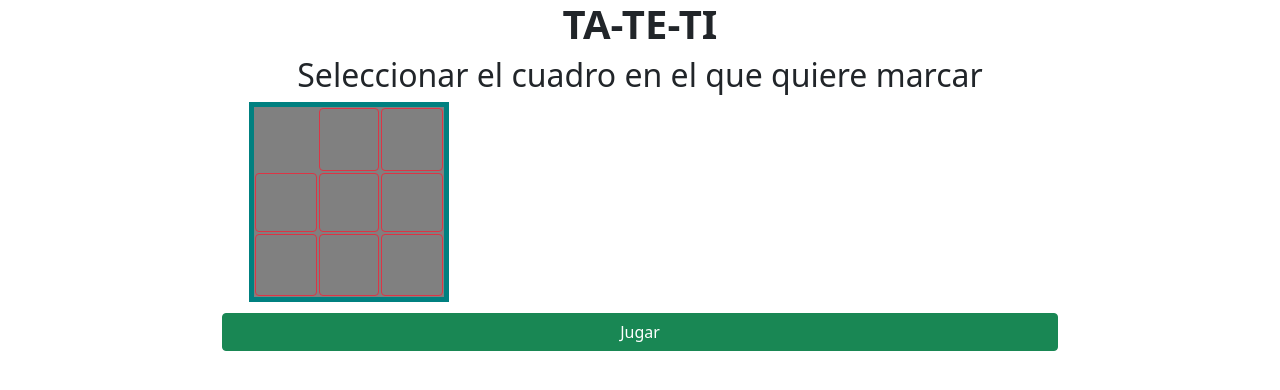
Repository: Lean97-start/TATETI
Page: Tateti.html
An editor plug-in stored every save of this project. The page is shown before and after the next save, followed by the edit.
The browser window is 1280 px wide. The pictures show the whole page.

Above is the page before, as saved 2021-07-11 23:02:58.
Console error: SyntaxError: Unexpected token ')'

### Tateti.html
<!DOCTYPE html>
<html lang="en">
<head>
    <meta charset="UTF-8">
    <link rel="stylesheet" type="text/css" href="Tateti.css">
    <link rel="stylesheet" href="Tateti.js">
    <link rel="stylesheet" type="text/css" href="https://necolas.github.io/normalize.css/8.0.1/normalize.css">
    <title>TATETI</title>
    <link href="https://cdn.jsdelivr.net/npm/bootstrap@5.0.2/dist/css/bootstrap.min.css" rel="stylesheet" integrity="sha384-EVSTQN3/azprG1Anm3QDgpJLIm9Nao0Yz1ztcQTwFspd3yD65VohhpuuCOmLASjC" crossorigin="anonymous">
</head>
<body>
    <div class="container">
        <H1 class="fw-bold">TA-TE-TI</H1>
        <H2 class="fw-normal">Seleccionar el cuadro en el que quiere marcar</H2>

            <div class="row w-50 h-50 bg-white">
                <table class="cuadro" id="cuadro">
                    <tr>
                        <td><button class="btn btn-link w-100 h-100" id="11"></button></td>
                        <td><button class="btn btn-outline-danger w-100 h-100" id="21"></button></td>
                        <td><button class="btn btn-outline-danger w-100 h-100" id="31"></button></td>
                    </tr>
                    <tr>
                        <td><button class="btn btn-outline-danger w-100 h-100" id="12"></button></td>
                        <td><button class="btn btn-outline-danger w-100 h-100" id="22"></button></td>
                        <td><button class="btn btn-outline-danger w-100 h-100" id="32"></button></td>
                    </tr>
                    <tr>
                        <td><button class="btn btn-outline-danger w-100 h-100" id="13"></button></td>
                        <td><button class="btn btn-outline-danger w-100 h-100" id="23"></button></td>
                        <td><button class="btn btn-outline-danger w-100 h-100" id="33"></button></td>
                    </tr>
                </table>
            </div>
            <div class="row">
                <div class="btn ">
                    <button type="button" class="btn btn-success my-1 w-75" id="btn-jugar">Jugar</button>
                </div>
            </div>

        </div>
    <script src="Tateti.js"></script>
    <script src="https://cdn.jsdelivr.net/npm/bootstrap@5.0.2/dist/js/bootstrap.bundle.min.js" integrity="sha384-MrcW6ZMFYlzcLA8Nl+NtUVF0sA7MsXsP1UyJoMp4YLEuNSfAP+JcXn/tWtIaxVXM" crossorigin="anonymous"></script>
</body>
</html>

### Tateti.css
h1{
    font-size: 55px;
    text-align: center;
}
h2{
    font-size: 30px;
    text-align: center;
}
#cuadro{
    border: 5px teal solid;
    background: grey;
    position: relative;
    height: 200px;
    width: 200px;
    margin: auto;
}
.entradas{
    text-align: center;
    font-family: Arial, Helvetica, sans-serif;
    font-size: 60px;
    height: 80px;
    width: 80px;
    box-sizing: border-box;

}

### Tateti.js
let var1, var2, var3,var4, var5,var6 = undefined
function mostrar(){
    let prueba = document.getElementById('v1');
    alert(prueba);
}
function jugarTurno (){
    if(){

    }
    else if (var1 != undefined || var2 != undefined || var3 != undefined ||var4 != undefined ||var5 != undefined || var6 != undefined ){

    }


}

After the next save:
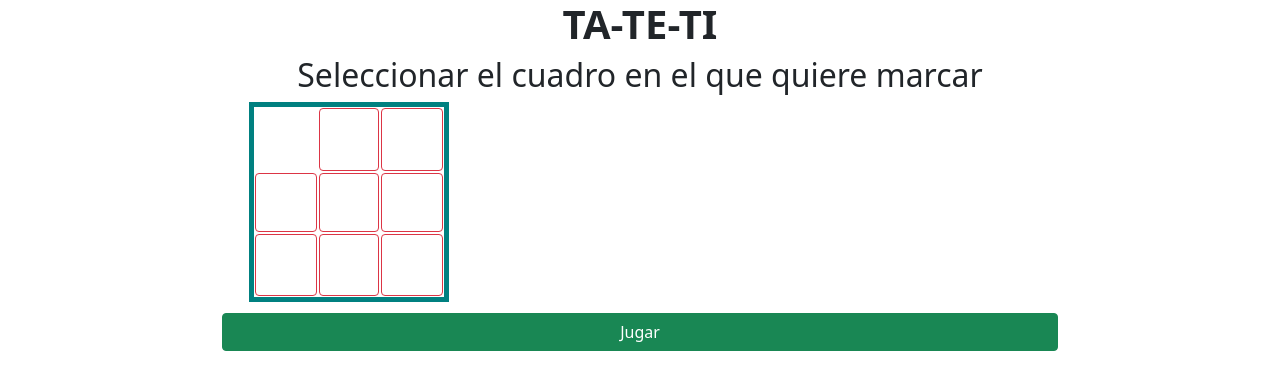
Saved 8 s later.
--- a/Tateti.css
+++ b/Tateti.css
@@ -8,7 +8,7 @@ h2{
 }
 #cuadro{
     border: 5px teal solid;
-    background: grey;
+    background: gwhite;
     position: relative;
     height: 200px;
     width: 200px;
